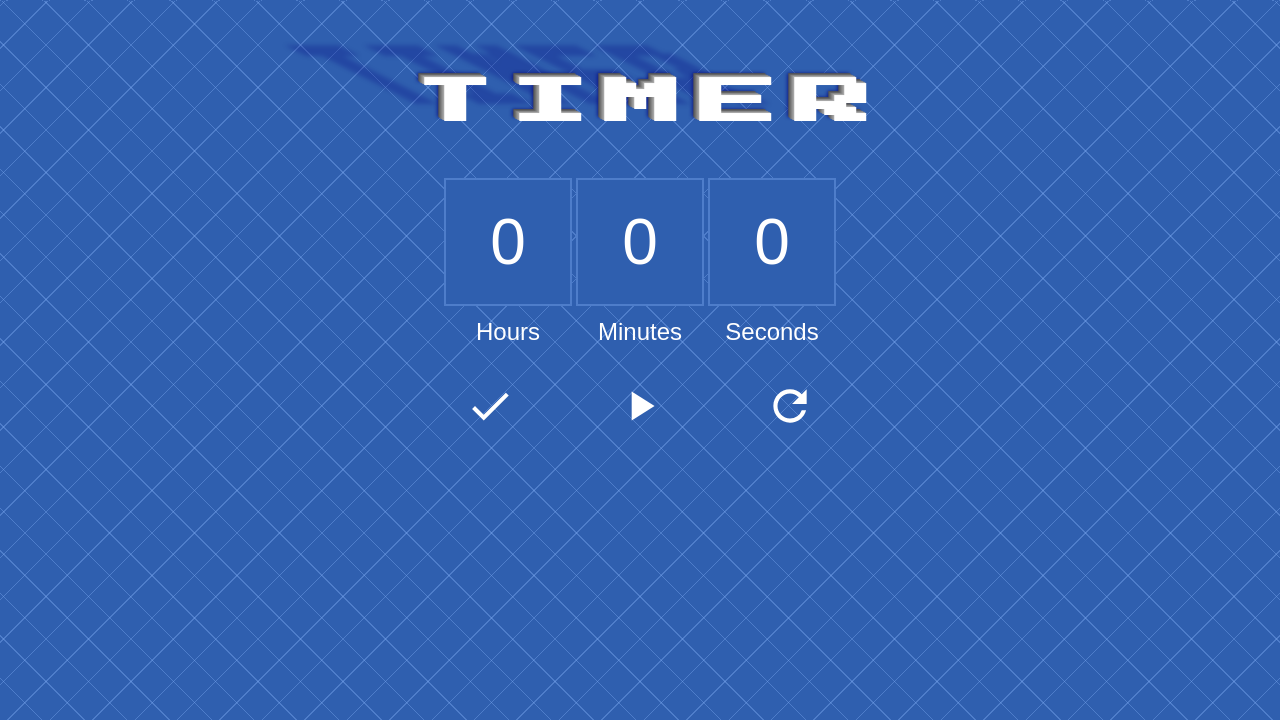
Repository: KrzysKolo/Projekt-12_Timer
Page: index.html
An editor plug-in stored every save of this project. The page is shown before and after the next save, followed by the edit.
The browser window is 1280 px wide. The pictures show the whole page.
Some web fonts or font styles are not loaded; a fallback is used.

Above is the page before, as saved 2020-06-24 22:51:57.

After the next save:
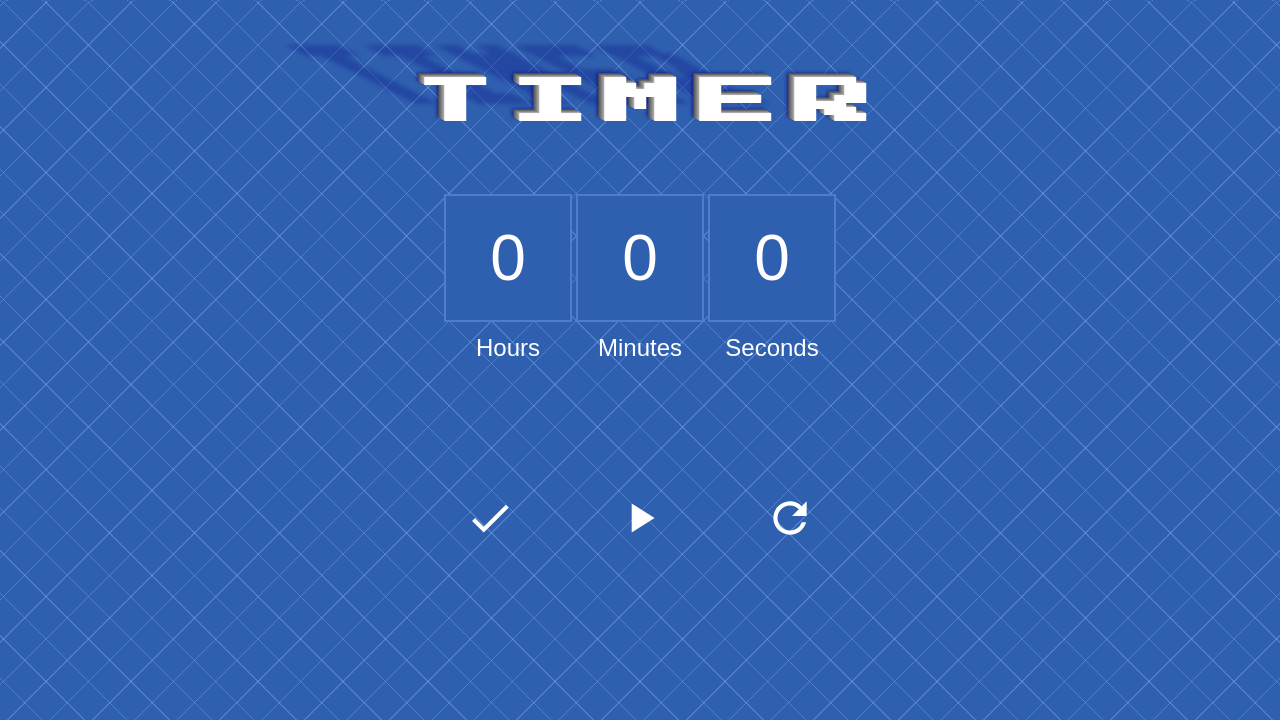
Saved 30 s later.
--- a/css/style.css
+++ b/css/style.css
@@ -90,7 +90,7 @@ body {
 }
 .timer__clock {
   display: flex;
-  padding-top: 5rem;
+  padding: 6rem 0;
 }
 .timer__buttons {
   width: 450px;
